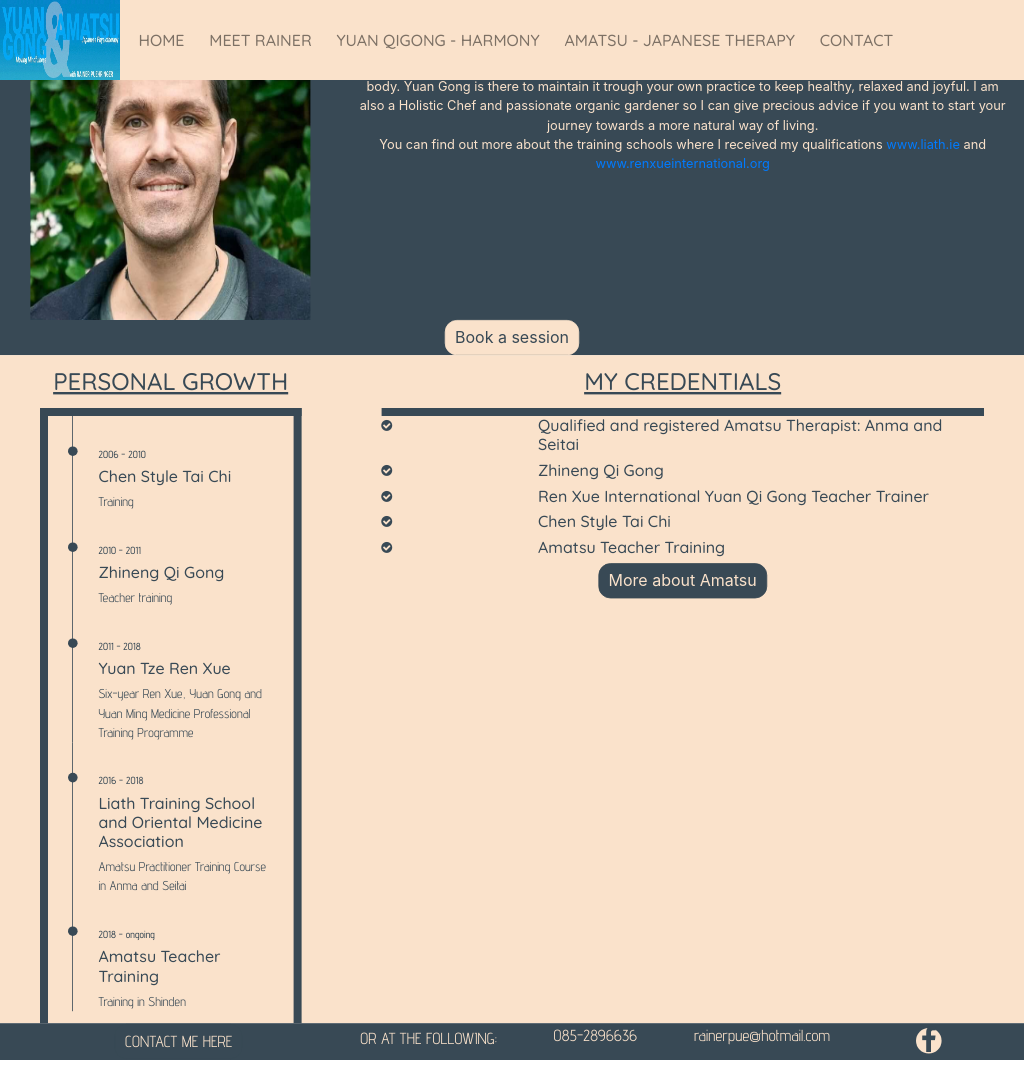
Repository: rainerpue/practitioner_website
Page: about.html
The author's editor kept a record of every edit. The page is drawn from the files as they stood at one moment, then again after the next edit.
The browser window is 1280 px wide. The pictures show the whole page, at 80% of full size.
Some web libraries are served in a nearby version.

Above is the page before.

### about.html
<!DOCTYPE html>
<html lang="en">

<head>
    <meta charset="UTF-8">
    <meta name="viewport" content="width=device-width, initial-scale=1.0">
    <meta http-equiv="X-UA-Compatible" content="ie=edge">
    <meta name="description" content="Home page | Rainer Puehringer, Find your Energy flow">
    <meta name="keywords" content="qigong, amatsu, therapy, energy flow, body balance, harmony, Japanese therapy, yuan gong, ireland">
    <meta name="author" content="Rainer Puehringer">
    <!-- style links -->
    <link rel="stylesheet" href="https://stackpath.bootstrapcdn.com/bootstrap/4.3.1/css/bootstrap.min.css" type="text/css" />
    <link rel="stylesheet" href="https://stackpath.bootstrapcdn.com/font-awesome/4.7.0/css/font-awesome.min.css" type="text/css" />

    <!-- link to my css file comes after to make sure it render over bootstrap style -->
    <link rel="stylesheet" href="assets/css/style.css" type="text/css" />

    <title>Rainer Puehringer, Find your Energy flow with Yuan Qigong and Amatsu</title>

</head>

<body>
    <!-- navbar and logo -->
    <!-- blue background will only show on bigger screens, set to transparent for mobile device -->
    <nav class="navbar navbar-expand-md fixed-top navbar-light nav-coral">
        <!-- logo -->
        <a href="index.html" class="navbar-brand logo">
            <img src="assets/images/logo.jpeg" width="150" height="100" alt="logo">
        </a>
        <!-- button for smaller devices -->
        <button class="navbar-toggler" type="button" data-toggle="collapse" data-target="#burger" aria-controls="burger" aria-expanded="false" aria-label="Toggle navigation">
    <span class="fa fa-bars"></span>
  </button>
        <!-- navigation items which drop down vertically from burger icon in smaller devices -->
        <div class="collapse navbar-collapse" id="burger">
            <ul class="navbar-nav mr-auto text-uppercase">
                <li class="nav-item">
                    <a class="nav-link" href="index.html">Home</a>
                </li>
                <li class="nav-item">
                    <a class="nav-link" href="about.html">Meet Rainer</a>
                </li>
                <li class="nav-item">
                    <a class="nav-link" href="index.html">Yuan Qigong - Harmony</a>
                </li>
                <li class="nav-item">
                    <a class="nav-link" href="index.html">Amatsu - Japanese Therapy</a>
                </li>
                <li class="nav-item">
                    <a class="nav-link" href="index.html">Contact</a>
                </li>
            </ul>
        </div>
    </nav>

    <!-- end navbar -->


    <!-- about image banner -->
    <main class="about-section">
        <div class="container-fluid">
            <div class="row">
                <div class="col-12 about-image">
                </div>
            </div>
        </div>

        <!-- Rainer's intro -->
        <section class="container-fluid bg-grey about-intro">

            <div class="row about-details">
                <div class="col-12 col-md-3 col-lg-4 text-center">
                    <img class="about-sm-img" src="assets/images/Rainer.jpeg" width="350" height="400" alt="Rainer Puehringer">
                </div>
                <div class="col-12 col-md-9 col-lg-8 about-content">

                    <p class="text-center">Born in Austria surrounded by nature and loving the beauty of it made me travel some parts of the world to discover other places and its natural flow of Energy. Now having a better understanding of how important it is to keep the body,
                        mind and soul in balance makes me very passionate to keep my Energy flow steadily improving and balanced. Amatsu does that in a very gentle way to restore your natural flow of energy in your body. Yuan Gong is there to maintain
                        it trough your own practice to keep healthy, relaxed and joyful. I am also a Holistic Chef and passionate organic gardener so I can give precious advice if you want to start your journey towards a more natural way of living.</p>
                    <p class="text-center">You can find out more about the training schools where I received my qualifications
                    <span><a href="https://www.liath.ie">www.liath.ie</a></span>
                    and <span><a href="https://www.renxueinternational.org">www.renxueinternational.org</a></span>
                    </p>
                </div>
            </div>
            <div class="container-fluid">
                <div class="row text-center">
                    <div class="col-12">
                        <a class="btn btn--gal btn--coral" href="#">Book a session</a>
                    </div>
                </div>
            </div>
        </section>

        <!-- timeline -->

        <section class="container-fluid">


            <div class="row bg-coral">
                <div class="col-md-6 col-lg-4 timeline section-column">
                    <div class="row">
                        <div class="col-12">
                            <h3 class="text-uppercase text-center">Personal growth</h3>
                        </div>
                    </div>
                    <div class="history-items">
                        <div class="timeline-item" data-dates="2006 - 2010">
                            <h4>Chen Style Tai Chi</h4>
                            <p>Training</p>
                        </div>
                        <div class="timeline-item" data-dates="2010 - 2011">
                            <h4>Zhineng Qi Gong</h4>
                            <p>Teacher training</p>
                        </div>
                        <div class="timeline-item" data-dates="2011 - 2018">
                            <h4>Yuan Tze Ren Xue</h4>
                            <p>Six-year Ren Xue, Yuan Gong and Yuan Ming Medicine Professional Training Programme</p>
                        </div>
                        <div class="timeline-item" data-dates="2016 - 2018">
                            <h4>Liath Training School and Oriental Medicine Association</h4>
                            <p>Amatsu Practitioner Training Course in Anma and Seitai</p>
                        </div>
                        <div class="timeline-item" data-dates="2018 - ongoing">
                            <h4>Amatsu Teacher Training</h4>
                            <p>Training in Shinden</p>
                        </div>
                    </div>
                </div>

                <!-- small divider only for mobile device to divide the two columns of the same section -->

                <hr class="section-divider-short">

                <!-- qualifications check -->

                <div class="col-md-6 col-lg-8 section-column">
                    <div class="row">
                        <div class="col-12">
                            <h3 class="text-uppercase text-center">My credentials</h3>
                        </div>
                    </div>
                    <!-- long divider only for big screen to divide the heading to the content -->
                    <div class="row">
                        <div class="col-12 d-none d-md-block">
                            <hr class="section-divider-long">
                        </div>
                    </div>
                    <div class="row qualif-section">
                        <div class="col-3">
                            <i class="fa fa-check-circle"></i>
                        </div>
                        <div class="col-9">
                            <h4>Qualified and registered Amatsu Therapist: Anma and Seitai</h4>
                        </div>
                    </div>
                    <div class="row qualif-section">
                        <div class="col-3">
                            <i class="fa fa-check-circle"></i>
                        </div>
                        <div class="col-9">
                            <h4>Zhineng Qi Gong</h4>
                        </div>
                    </div>
                    <div class="row qualif-section">
                        <div class="col-3">
                            <i class="fa fa-check-circle"></i>
                        </div>
                        <div class="col-9">
                            <h4>Ren Xue International Yuan Qi Gong Teacher Trainer</h4>
                        </div>
                    </div>
                    <div class="row qualif-section">
                        <div class="col-3">
                            <i class="fa fa-check-circle"></i>
                        </div>
                        <div class="col-9">
                            <h4>Chen Style Tai Chi</h4>
                        </div>
                    </div>
                    <div class="row qualif-section">
                        <div class="col-3">
                            <i class="fa fa-check-circle"></i>
                        </div>
                        <div class="col-9">
                            <h4>Amatsu Teacher Training</h4>
                        </div>
                    </div>


                    <div class="row text-center">
                        <div class="col-12">

                            <a class="btn btn--gal btn--grey" href="#">More about Amatsu</a>
                        </div>
                    </div>
                </div>
            </div>
        </section>
    </main>
    <!-- footer -->

    <footer>
        <div class="container-fluid bg-grey">
            <div class="row footer-row">
                <div class="col-12 col-md-4 footer-contact">
                    <a class="btn btn--gal btn--grey text-uppercase" href="#">Contact Me Here</a>
                </div>
                <div class="col-12 col-md-2 footer-contact">
                    <h5 class="text-uppercase">or at the following:</h5>
                </div>
                <div class="col-12 col-md-2 footer-contact">
                    <p>085-2896636</p>
                </div>
                <div class="col-12 col-md-2 footer-contact">
                    <p>rainerpue@hotmail.com</p>
                </div>
                <div class="col-12 col-md-2 footer-contact">
                    <a class="socialmedia" href="https://www.facebook.com/YuanGongandAmatsuwithRainer/" target="_blank">
                    <i class="fa fa-facebook"></i>
                    <span class="sr-only">Facebook</span>
                    </a>
                </div>
            </div>
        </div>
    </footer>

    <script src="https://code.jquery.com/jquery-3.2.1.slim.min.js " integrity="sha384-KJ3o2DKtIkvYIK3UENzmM7KCkRr/rE9/Qpg6aAZGJwFDMVNA/GpGFF93hXpG5KkN " crossorigin="anonymous "></script>
    <script src="https://cdnjs.cloudflare.com/ajax/libs/popper.js/1.12.9/umd/popper.min.js " integrity="sha384-ApNbgh9B+Y1QKtv3Rn7W3mgPxhU9K/ScQsAP7hUibX39j7fakFPskvXusvfa0b4Q " crossorigin="anonymous "></script>
    <script src="https://maxcdn.bootstrapcdn.com/bootstrap/4.0.0/js/bootstrap.min.js " integrity="sha384-JZR6Spejh4U02d8jOt6vLEHfe/JQGiRRSQQxSfFWpi1MquVdAyjUar5+76PVCmYl " crossorigin="anonymous "></script>
</body>

</html>

### assets/css/style.css
@import url('https://fonts.googleapis.com/css?family=Advent+Pro:100,200,300,400,500,600,700|Quicksand:300,400,500,700|Poppins:100,200,300,400,500,600,700,800');

body {}

/*-----------------------------------------Colour */

.nav-coral {
    background-color: transparent;
}

.bg-grey {
    background-color: #384955;
    color: #FAE2CB;
}

.bg-coral {
    background-color: #FAE2CB;
    color: #384955;
}

/*-----------------------------------------Images */

.about-img {
    background: url(../images/about-image.jpg);
}

.qigong-img {
    background: url(../images/lotus.jpg);
}

.banner-image {
    min-height: 30vh;
    -webkit-background-size: 100% 100%;
    -moz-background-size: 100% 100%;
    -o-background-size: 100% 100%;
    background-size: 100% 100%;
    width: 100vw;
    background-repeat: no-repeat;
    position: relative;
}

.sm-img {
    max-height: 400px;
    max-width: 400px;
}


/*-----------------------------------------Special paddings/margins/texts */

.container-fluid {
    margin: 0;
}

.text-uppercase {
    text-transform: uppercase;
}

.text-center {
    text-align: center;
    margin: 0;
}

.text-justify {
    text-align: justify;
    text-justify: inter-word;
}

main {
    margin: 0;
    padding: 0;
}

h3 {
    padding: 15px 0 15px;
    font-family: "Quicksand", sans-serif;
    font-weight: 500;
    font-size: 30px;
    text-decoration: underline;
}

h4 {
    font-family: "Quicksand", sans-serif;
    font-weight: 500;
    font-size: 20px;
}

a {
    text-decoration: none;
    cursor: pointer;
}

/*-----------------------------------------buttons */

.btn:hover {
    color: #fafafa;
    text-decoration: none;
}

.btn--gal {
    margin-bottom: 0;
    margin-top: 0;
    border-radius: 15px;
    font-size: 20px;
    text-decoration: none;
    cursor: pointer;
}

.btn--grey {
    background-color: #384955;
    border-color: #384955;
    color: #FAE2CB;
}

.btn--grey:hover {
    color: #FF8863;
}

.btn--coral {
    background-color: #FAE2CB;
    border-color: #FAE2CB;
    color: #384955;
}

.btn--coral:hover {
    color: #87B0CD;
}

.btn--footer {
    color: #FAE2CB;
}

/*-----------------------------------------section divider */

.section-divider-short {
    width: 75px;
    height: 5px;
    border: 0;
    background-color: #384955;
}

.section-divider-long {
    width: 100%;
    height: 10px;
    border: 0;
    background-color: #384955;
    margin: 0;
}

/*-----------------------------------------logo */

.logo {
    display: inline-block;
    padding: 0;
    margin: 0;
    line-height: inherit;
    white-space: nowrap;
    background-position: center;
    background-repeat: no-repeat;
    -o-transition: all .5s ease-in-out;
    transition: all .5s ease-in-out;
    -moz-transition: all .5s ease-in-out;
    -webkit-transition: all .5s ease-in-out;
}

/*-----------------------------------------burger icon */

.fa-bars {
    font-size: 30px;
    padding: 5px;
}

.navbar-light .navbar-toggler {
    border-color: rgba(0, 0, 0, .3);
    margin-right: 15px;
}

/*-----------------------------------------nav */

.navbar {
    padding: 0;
    text-align: center;
    overflow: auto;
}

.navbar-collapse {
    background-color: #FAE2CB
}

.nav-item {
    padding-left: 15px;
}

.nav-item a {
    color: #384955;
    font-family: "Quicksand", sans-serif;
    font-weight: 500;
    font-size: 20px;
    -webkit-transition: background-color .2s ease-in-out, color .2s ease-in-out;
    -o-transition: background-color .2s ease-in-out, color .2s ease-in-out;
    transition: background-color .2s ease-in-out, color .2s ease-in-out;
}

.nav-item a:hover {
    color: #FAE2CB!important;
    background-color: #384955;
}

/*-----------------------------------------full background image with attention */

.home-image {
    min-height: 95vh;
    -webkit-box-align: center;
    -ms-flex-align: center;
    align-items: center;
    position: relative;
    background: url(../images/home-image.jpg) no-repeat center center fixed;
    background-size: cover;
    padding-top: 100px;
}

.opaque-overlay {
    position: absolute;
    top: 0;
    left: 0;
    height: 100%;
    width: 100%;
    background: rgba(0, 0, 0, 0.2);
}

.attention {
    width: 80%;
    color: #fafafa;
    font-family: "Advent Pro", sans-serif;
    font-size: 40px;
    font-weight: 600;
    padding-left: 15px;
    padding-top: 200px;
}

/*-----------------------------------------testimonials in carrousel */

.testimonials {
    padding-bottom: 20px;
}

.slide {
    position: relative;
    display: -webkit-box;
    display: -ms-flexbox;
    display: flex;
    -webkit-box-align: center;
    -ms-flex-align: center;
    align-items: center;
    min-height: 30vh;
    text-align: center;
    padding: 5px 30px;
    margin-bottom: 20px
}

blockquote {
    width: 80px;
    font-family: "Advent Pro", sans-serif;
    font-weight: 500;
    font-size: 30px;
}

/*-----------------------------------------home intro section */

.intro {
    width: 100%;
    padding: 0;
    padding-bottom: 20px;
    min-height: 20vh;
}

.content-intro {
    font-family: "Advent Pro", sans-serif;
    font-size: 20px;
    font-weight: 400;
    margin-bottom: 20px;
}

/*-----------------------------------------footer */

.footer-row {
    padding: 0 15px;
    text-align: center;
    margin-bottom: 20px;
}

.footer-contact {
    font-family: "Advent Pro", sans-serif;
    text-align: center;
    -webkit-box-align: center;
    -ms-flex-align: center;
    align-items: center;
    -webkit-box-pack: center;
    -ms-flex-pack: center;
    justify-content: center;
    color: #FAE2CB;
    padding: 0;
    margin: 0;
}

.footer-contact p {
    font-weight: 400;
    font-size: 20px;

}

.footer-contact h5 {
    font-weight: 400;
    font-size: 20px;
}

.socialmedia i {
    width: 32px;
    height: 32px;
    padding: 12px 0;
    border-radius: 50%;
    font-size: 35px;
    line-height: 7px;
    text-align: center;
    color: #384955;
    background: #FAE2CB;
    transition: all 0.35s ease-in-out;
    -moz-transition: all 0.35s ease-in-out;
    -webkit-transition: all 0.35s ease-in-out;
    -o-transition: all 0.35s ease-in-out;
}

.social-links i:hover {
    background: #e84610;
}

/*-----------------------------------------main content for each page */

.main-content {
    position: relative;
    padding-top: 5px;
    padding-bottom: 5px;
    padding-right: 30px;
    line-height: 200%;
    font-family: "Advent Pro", sans-serif;
    font-size: 20px;
    font-weight: 400;
}

.section-column {
    display: table-cell;
    padding: 0 30px 30px;
    float: none;
}

.intro-section {
    padding-top: 10px;
    padding-bottom: 20px;
}

.section-details {
    min-height: 25vh;
    -webkit-box-align: center;
    -ms-flex-align: center;
    align-items: center!important;
    margin-bottom: 15px;
}



/*-----------------------------------------links to other websites on about page */

.links {
    color: #FAE2CB;
    font-weight: 700;
}

.links:hover {
    color: #FF8863;
}

/*-----------------------------------------timeline */

.timeline {
    margin: 0;
}

.history-items {
    padding-left: 30px;
    padding-bottom: 15px;
}

.timeline-item {
    padding: 4em 2em 0em 2em;
    position: relative;
    color: #384955;
    border-left: 1px solid;
    font-family: "Advent Pro", sans-serif;
}

.timeline-item p {
    padding: 0;
    margin: 0;
}

.timeline-item:before {
    content: attr(data-dates);
    position: absolute;
    left: 2.5em;
    top: 3em;
    display: block;
    font-family: "Advent Pro", sans-serif;
    font-weight: 500;
    font-size: 0.8em;
    padding: 0;
    margin: 0;
}

.timeline-item:after {
    width: 12px;
    height: 12px;
    display: block;
    position: absolute;
    top: 2.4em;
    left: -6px;
    border-radius: 12px;
    content: "";
    background-color: #384955;
}



/*-----------------------------------------qualifications */

.list-row {
    padding: 30px 0 30px;
    line-height: 200%;
}

.list-row i {
    font-size: 40px;
}

/*-----------------------------------------Qigong page */

.qigong-p {
    padding: 15px;
}

.list-section {
    padding-left: 30px;
    padding-bottom: 15px;
    border: 10px solid;
}

.quote {
    font-family: "Quicksand", sans-serif;
    font-weight: 500;
    font-size: 30px;
}

/*-----------------------------------------media queries */

/*-----------------------------------------media query to add navbar color background color on bigger screens */

@media (min-width: 768px) {
    .nav-coral {
        background-color: #FAE2CB;
    }
}

@media (min-width: 768px) {
    .attention {
        padding-top: 400px;
        width: 60%;
        font-size: 50px;
    }
}

@media (min-width: 768px) {
    .slide {
        min-height: 20vh;
    }
}

@media (min-width: 768px) {
    .section-divider-short {
        width: 0px;
        height: 0px;
        border: 0;
    }
}

@media (min-width: 768px) {
    .footer-contact {
        display: -webkit-box;
        display: -ms-flexbox;
        display: flex;
    }
}

@media (min-width: 768px) {
    .footer-contact h5 p a {
        padding-left: 15px;
    }
}

@media (min-width: 768px) {
    .history-items {
        border: 10px solid;
        border-bottom: none;
    }
}

@media (min-width: 768px) {
    .section-column {
        padding: 0 50px 0;
    }
}

After the next edit:
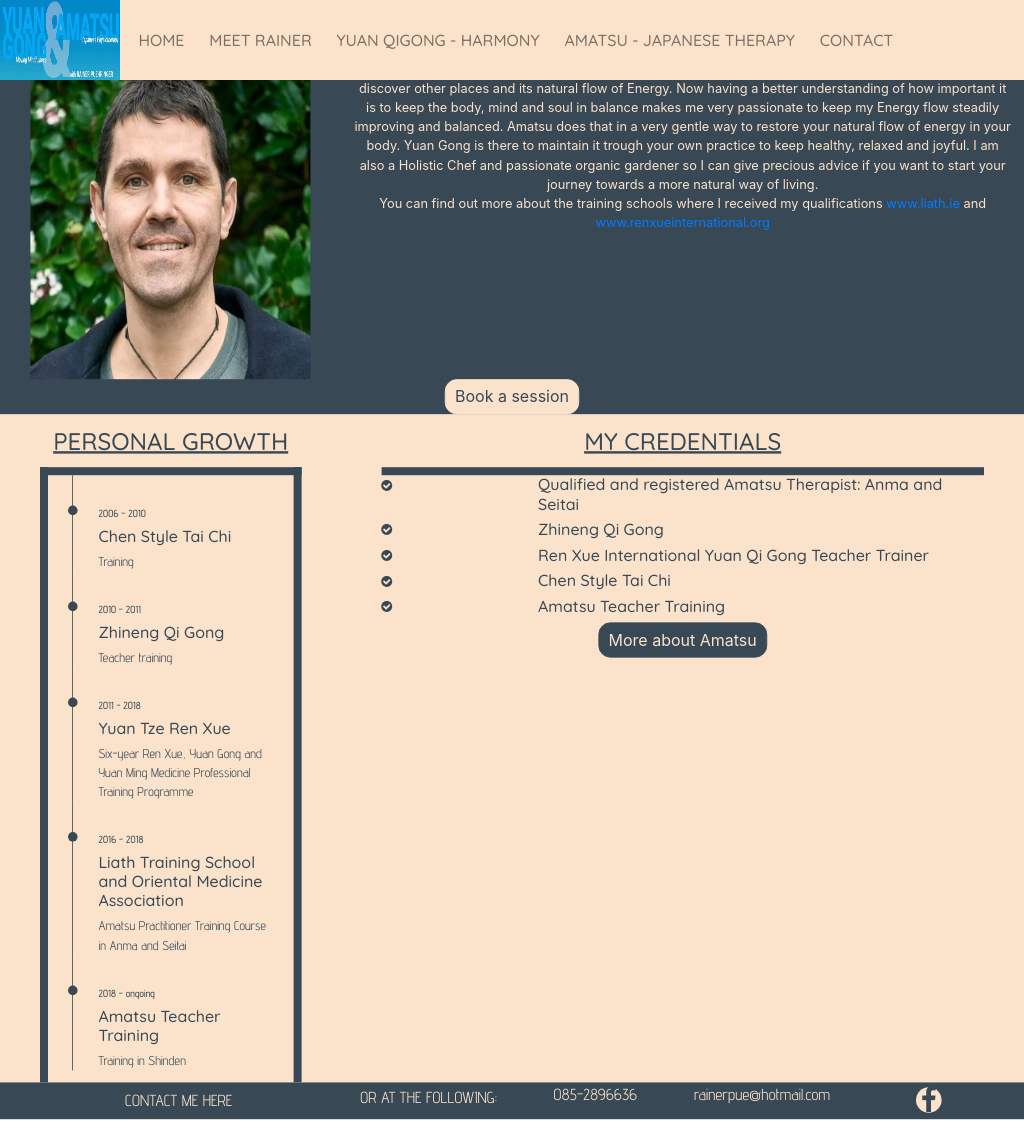
The edit:
--- a/about.html
+++ b/about.html
@@ -67,7 +67,11 @@
 
         <!-- Rainer's intro -->
         <section class="container-fluid bg-grey about-intro">
-
+            <div class="row">
+                <div class="col-12 text-center">
+                    <h3 class="text-uppercase">RAINER PUEHRINGER</h3>
+                </div>
+            </div>
             <div class="row about-details">
                 <div class="col-12 col-md-3 col-lg-4 text-center">
                     <img class="about-sm-img" src="assets/images/Rainer.jpeg" width="350" height="400" alt="Rainer Puehringer">
@@ -78,8 +82,7 @@
                         mind and soul in balance makes me very passionate to keep my Energy flow steadily improving and balanced. Amatsu does that in a very gentle way to restore your natural flow of energy in your body. Yuan Gong is there to maintain
                         it trough your own practice to keep healthy, relaxed and joyful. I am also a Holistic Chef and passionate organic gardener so I can give precious advice if you want to start your journey towards a more natural way of living.</p>
                     <p class="text-center">You can find out more about the training schools where I received my qualifications
-                    <span><a href="https://www.liath.ie">www.liath.ie</a></span>
-                    and <span><a href="https://www.renxueinternational.org">www.renxueinternational.org</a></span>
+                        <span><a href="https://www.liath.ie">www.liath.ie</a></span> and <span><a href="https://www.renxueinternational.org">www.renxueinternational.org</a></span>
                     </p>
                 </div>
             </div>
